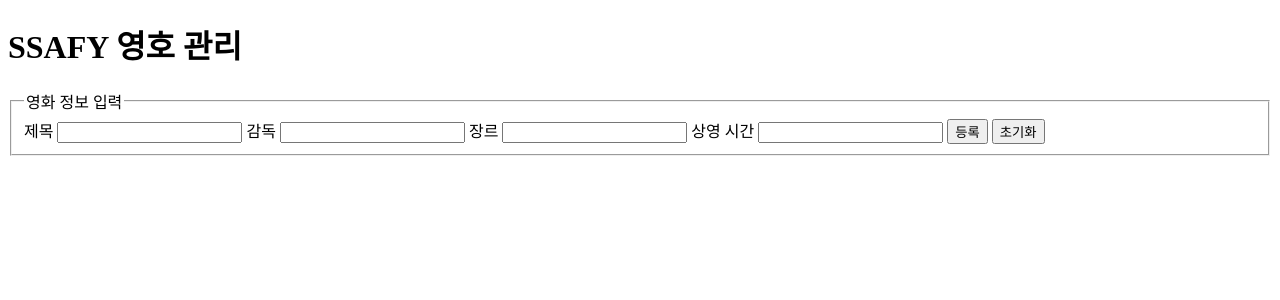
Repository: nkj0901/Personal-Repository
Page: SSAFY/서블릿/back_db_ws_01_2/WebContent/regist.html
These files come from the project's save history. The page is drawn as it stood at one moment and after the next save; the edit follows.
The browser window is 1280 px wide. The pictures show the whole page.

Above is the page before, as saved 2022-09-01 05:00:30.

### SSAFY/서블릿/back_db_ws_01_2/WebContent/regist.html
<!DOCTYPE html>
<html>
<head>
<meta charset="UTF-8">
<title>영화정보사이트</title>
</head>
<body>
	<!-- 메인화면을 구현하세요. -->
	<form action="/main" method = "POST">
	<h1>SSAFY 영호 관리</h1>
		<fieldset>
			<legend>영화 정보 입력</legend>
			<label>제목</label>
			<input type = "text" name = "title">
			<label>감독</label>
			<input type = "text" name = "director">
			<label>장르</label>
			<input type = "text" name = "gerne">
			<label>상영 시간</label>
			<input type = "text" name = "runningTime">
			<button>등록</button>
			<button>초기화</button>
		</fieldset>
	</form>
</body>
</html>

After the next save:
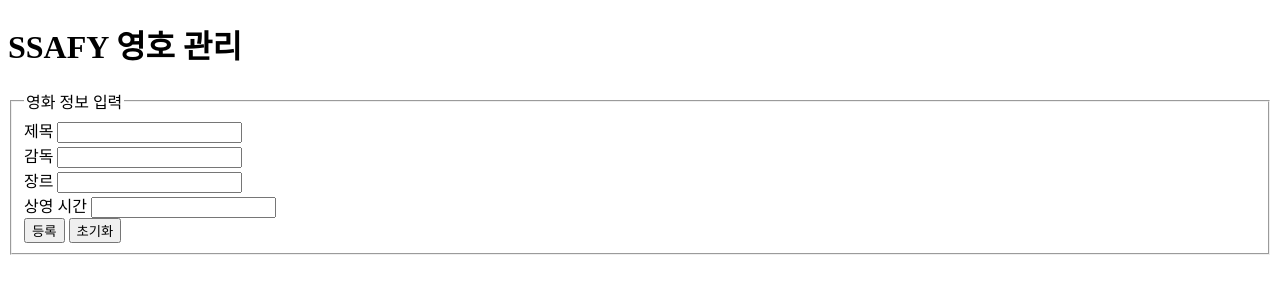
Saved 42 s later.
--- a/SSAFY/서블릿/back_db_ws_01_2/WebContent/regist.html
+++ b/SSAFY/서블릿/back_db_ws_01_2/WebContent/regist.html
@@ -11,13 +11,13 @@
 		<fieldset>
 			<legend>영화 정보 입력</legend>
 			<label>제목</label>
-			<input type = "text" name = "title">
+			<input type = "text" name = "title"><br>
 			<label>감독</label>
-			<input type = "text" name = "director">
+			<input type = "text" name = "director"><br>
 			<label>장르</label>
-			<input type = "text" name = "gerne">
+			<input type = "text" name = "gerne"><br>
 			<label>상영 시간</label>
-			<input type = "text" name = "runningTime">
+			<input type = "text" name = "runningTime"><br>
 			<button>등록</button>
 			<button>초기화</button>
 		</fieldset>
